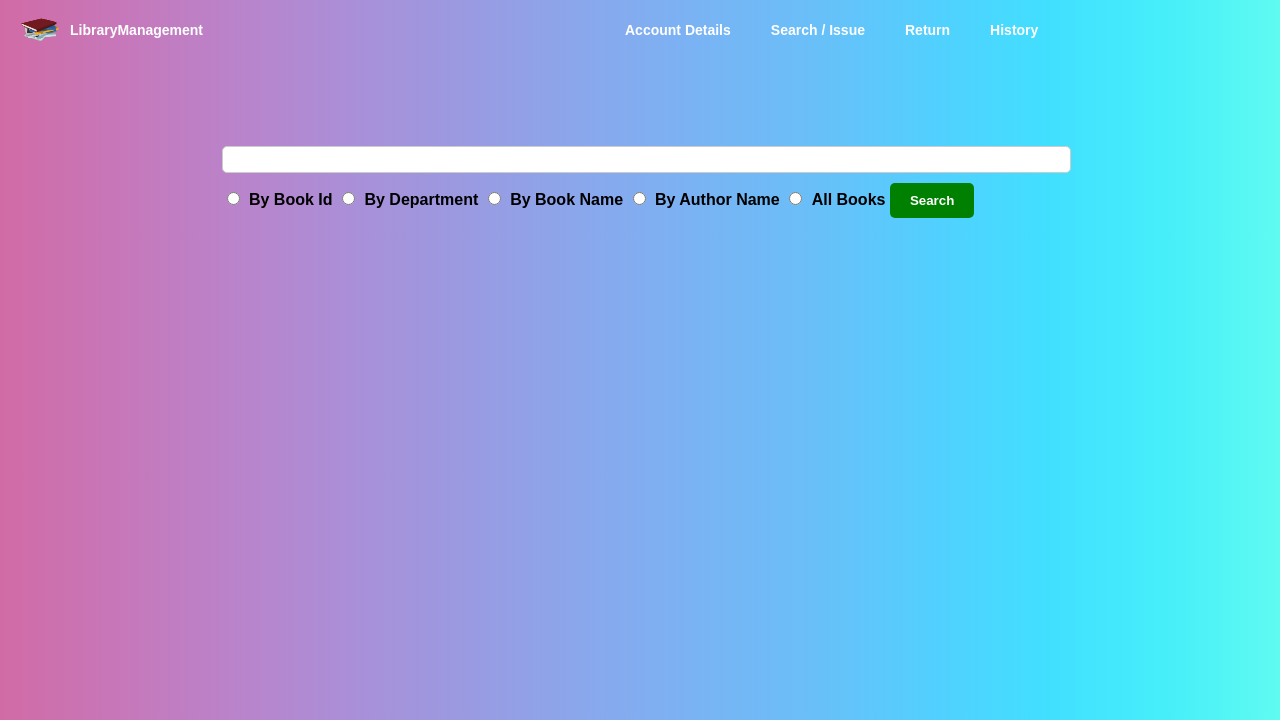
Repository: amitSai12/CMS
Page: http://localhost/LibraryManagementDemo/Search.jsp
The author's editor kept a copy of each file at every save. The page is drawn from the files as they stood at one save, then again after the next save.
The browser window is 1280 px wide. The pictures show the whole page.
The page is served by Tomcat 9.

Above is the page before, as saved 2023-10-01 21:52:14.

After the next save:
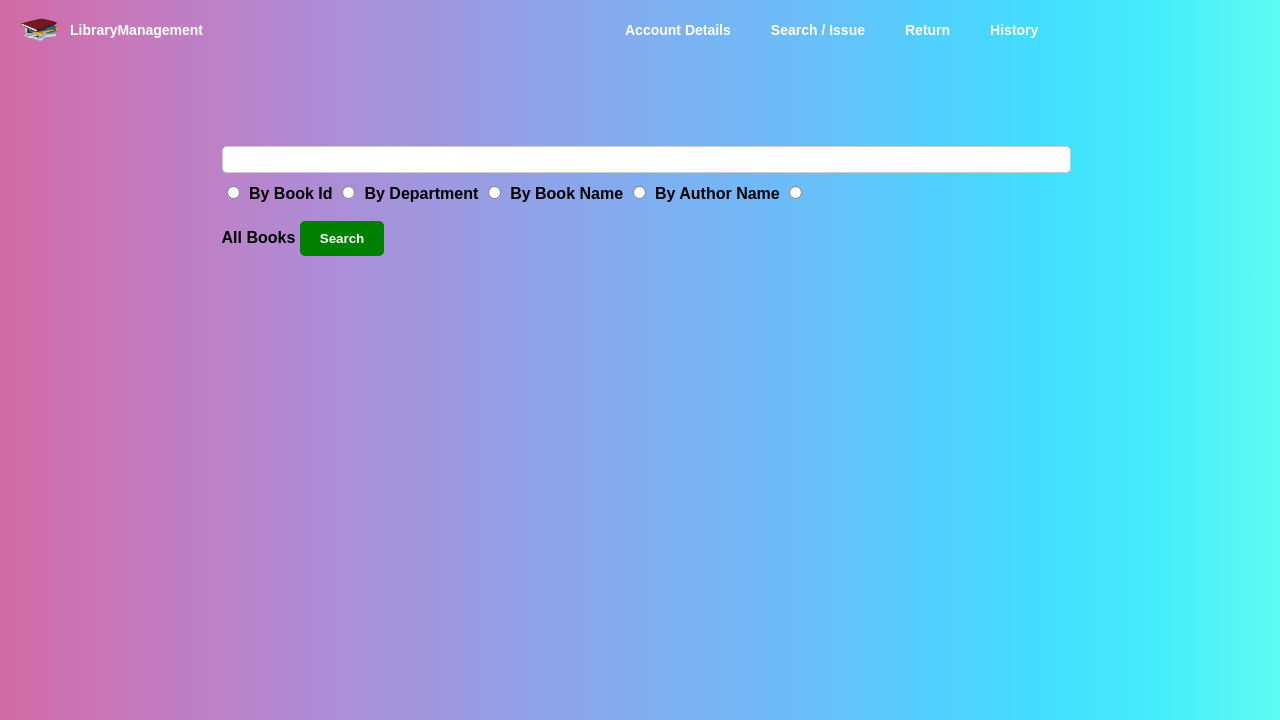
Saved 38 s later.
--- a/Day1_Thu/LibraryManagementDemo/src/main/webapp/Search.jsp
+++ b/Day1_Thu/LibraryManagementDemo/src/main/webapp/Search.jsp
@@ -21,7 +21,7 @@
   <label for="byBookName">By Book Name</label>
   <input type="radio" name="searchtype" value="authorname" id="byAuthorName">
   <label for="byAuthorName">By Author Name</label>
-  <input type="radio" name="searchtype" value="all" id="allBooks">
+  <input type="radio" name="searchtype" value="all" id="allBooks"><br><br>
   <label for="allBooks">All Books</label>
 
   <input type='submit' value='Search' class="search-button">
